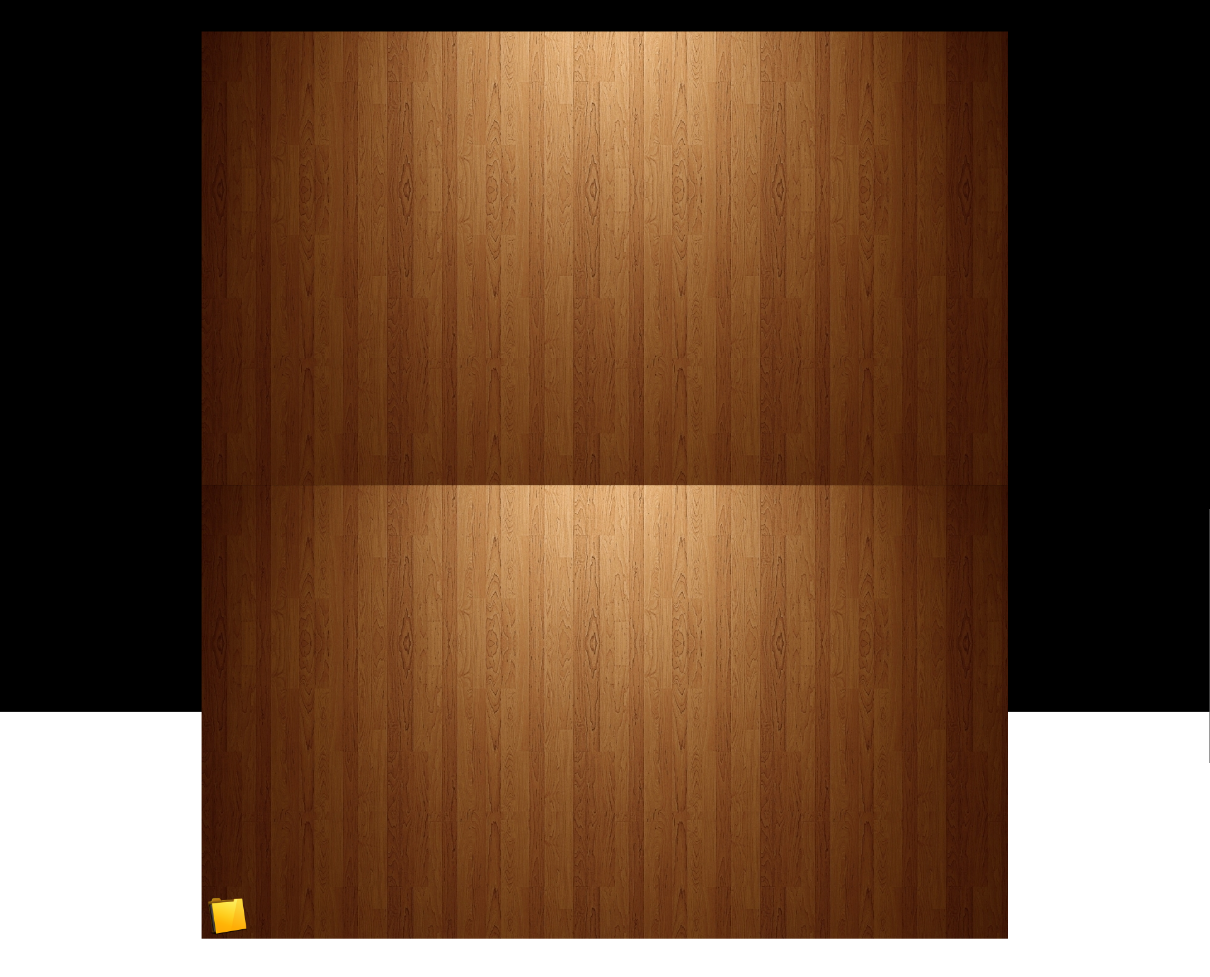
Repository: pe22dw/1dv403-laborationer
Page: 5-pwd/index.html
The author's editor kept a record of every edit. The page is drawn from the files as they stood at one moment, then again after the next edit.
The browser window is 1280 px wide. The page is 1920 px wide, so the pictures cover 1920 px, including what lies to the right of the window. The pictures show the whole page, at 63% of full size.

Above is the page before.

### 5-pwd/index.html
<!DOCTYPE html>
<html lang="sv">
    <head>
    	<meta charset="UTF-8" />
     	<title>Laboration 5 - Projekt</title>
     	<link rel="stylesheet" href="css/style.css" />
    </head>

    <body>

        <div id="container">

            <div id="desktop">


            </div>

        </div>

        <script src="script/desktop.js"></script>

    </body>
</html>

### 5-pwd/css/style.css
/**
 * Eric Meyer's Reset CSS v2.0 (http://meyerweb.com/eric/tools/css/reset/)
 * http://cssreset.com
 */
html, body, div, span, applet, object, iframe,
h1, h2, h3, h4, h5, h6, p, blockquote, pre,
a, abbr, acronym, address, big, cite, code,
del, dfn, em, img, ins, kbd, q, s, samp,
small, strike, strong, sub, sup, tt, var,
b, u, i, center,
dl, dt, dd, ol, ul, li,
fieldset, form, label, legend,
table, caption, tbody, tfoot, thead, tr, th, td,
article, aside, canvas, details, embed,
figure, figcaption, footer, header, hgroup,
menu, nav, output, ruby, section, summary,
time, mark, audio, video {
	margin: 0;
	padding: 0;
	border: 0;
	font-size: 100%;
	font: inherit;
	vertical-align: baseline;
}
/* HTML5 display-role reset for older browsers */
article, aside, details, figcaption, figure,
footer, header, hgroup, menu, nav, section {
	display: block;
}
body {
	line-height: 1;
}
ol, ul {
	list-style: none;
}
blockquote, q {
	quotes: none;
}
blockquote:before, blockquote:after,
q:before, q:after {
	content: '';
	content: none;
}
table {
	border-collapse: collapse;
	border-spacing: 0;
}






#container{
    width: 1920px;
    height: 1080px;
    background-color: black;
    padding-top: 50px;
}

#button{
    width: 128px;
    height: 128px;
    background-image: url(../pics/folderclosed.png);
    background-size: 50%;
    margin-top: 623px;
    margin-left: 10px;
    background-repeat: no-repeat;
}

#buttonclicked{
    width: 128px;
    height: 128px;
    background-image: url(../pics/folderopen.png);
    background-size: 50%;
    margin-top: 623px;
    margin-left: 10px;
    background-repeat: no-repeat;
}

#desktop{
    width: 1280px;
    height: 690px;
    background-image: url(../pics/desktopwood.jpg);
    margin: 0 auto;
    padding-top: 30px;
}

#window{
    width: 400px;
    height: 440px;
    background-color: white;
    position: absolute;
    top: 140px;
    left: 450px;
    border-style: solid;
    border-color: black;
    border-width: 2px;
    overflow: auto;
}

#windowtop{
    width: 400px;
    height: 40px;
    background-color: black;
    position: absolute;
    top: 100px;
    left: 450px;
    border-style: solid;
    border-color: black;
    border-width: 2px;
}

#windowtop p{
    font-family: Verdana;
    font-size: 14px;
    color: white;
    margin-left: 10px;
    margin-top: 12px;
    float: left;
}

#windowbottom{
    width: 400px;
    height: 20px;
    background-color: black;
    position: absolute;
    top: 582px;
    left: 450px;
    border-style: solid;
    border-color: black;
    border-width: 2px;
}

#headerlogo{
    width: 8%;
    float: left;
    margin-top: 4px;
    margin-left: 5px;
}

#exitlogo{
    width: 5%;
    float: left;
    margin-left: 231px;
    margin-top: 9px;
}

#closewindow{
    display: none;
}

#imagediv{
    background-color: silver;
    margin-left: 10px;
    margin-top: 10px;
    float: left;
    padding: 3px 3px;
    text-align: center;
}

#active{
    width: 14px;
    margin-top: 3px;
    margin-left: 10px;
}

#inactive{
    display: none;
}

a:link{
    display: block;
}
a:visited{
    display: block;
}
a:focus{
    box-shadow: 3px 3px 10px black;
}
a:hover{
    box-shadow: 3px 3px 10px black;
}
a:active{
    box-shadow: 0px 0px 0px black;
}

### 5-pwd/script/desktop.js
"use strict";

var Desktop = {

    clickCounter: 0,
    imageDivWidth: 0,
    imageDivHeight: 0,
    imageId: 0,
    background: [],

    init: function() {

      Desktop.createDesktop();
    },

    createDesktop: function() {

      var myContainer = document.getElementById("container");

      var myDesktop = document.createElement("div");
      myDesktop.setAttribute("id", "desktop");
      myDesktop.style.background = "url('pics/desktopwood.jpg')";

      var myButton = document.createElement("div");
      myButton.setAttribute("id", "button");

      myDesktop.appendChild(myButton);

      myContainer.appendChild(myDesktop);

      myButton.addEventListener("click", function() {

        myButton.setAttribute("id", "buttonclicked");
        Desktop.openWindow(myDesktop)}, false);
    },

    openWindow: function(myDesktop) {

      Desktop.clickCounter += 1;

      if(Desktop.clickCounter === 1)
      {
        var myWindow = document.createElement("div");
        myWindow.setAttribute("id", "window");

        var myWindowTop = document.createElement("div");
        myWindowTop.setAttribute("id", "windowtop");

        var headerLogo = document.createElement("img");
        headerLogo.setAttribute("src", "pics/cameraicon.png");
        headerLogo.setAttribute("id", "headerlogo");

        var headerText = document.createElement("p");
        headerText.innerHTML = "Image Viewer";

        var exitLogo = document.createElement("img");
        exitLogo.setAttribute("src", "pics/closewindow.png");
        exitLogo.setAttribute("id", "exitlogo");

        var myWindowBottom = document.createElement("div");
        myWindowBottom.setAttribute("id", "windowbottom");

        myWindowTop.appendChild(headerLogo);
        myWindowTop.appendChild(headerText);
        myWindowTop.appendChild(exitLogo);

        myDesktop.appendChild(myWindowTop);
        myDesktop.appendChild(myWindowBottom);

        myDesktop.appendChild(myWindow);

        Desktop.getImages();

        exitLogo.addEventListener("click", function() {

          Desktop.closeWindow()}, false);
      }
      else
      {
        Desktop.closeWindow();
      }
    },

    closeWindow: function() {

      document.getElementById("buttonclicked").setAttribute("id", "button");
      document.getElementById("window").setAttribute("id", "closewindow");
      document.getElementById("windowtop").setAttribute("id", "closewindow");
      document.getElementById("windowbottom").setAttribute("id", "closewindow");

      Desktop.clickCounter = 0;
      Desktop.imageId = 0;
    },

    getImages: function() {

      var xhr = new XMLHttpRequest();

        var loading = document.createElement("img");
        loading.setAttribute("src", "pics/loader.gif");
        loading.setAttribute("id", "active");

        document.getElementById("windowbottom").appendChild(loading);

        xhr.onreadystatechange = function() {

            if (xhr.readyState === 4)
            {
                if (xhr.status === 200)
                {
                    loading.setAttribute("id", "inactive");

                    var responseText = JSON.parse(xhr.responseText);

                    Desktop.findLargestImage(responseText);

                    Desktop.createImageCollection(responseText);

                    Desktop.changeBackground();
                }
                else
                {
                    loading.setAttribute("id", "inactive");
                    alert("Läsfel, status:"+xhr.status);
                }
            }
        };

        xhr.open("GET", "http://homepage.lnu.se/staff/tstjo/labbyServer/imgviewer/", true);
        xhr.send(null);
    },

    changeBackground: function() {




      var newDesktop = document.getElementById("desktop");
      newDesktop.style.background = "url(' + Desktop.background[] + ')";
    },

    findLargestImage: function(responseText) {

      for (var j = 0; j < responseText.length; j += 1)
      {
        var width = responseText[j].thumbWidth;
        var height= responseText[j].thumbHeight;

        if (Desktop.imageDivWidth < width)
        {
          Desktop.imageDivWidth = width;
        }
        if (Desktop.imageDivHeight < height)
        {
          Desktop.imageDivHeight = height;
        }
      }
    },

    createImageCollection: function(responseText) {

      for (var i = 0; i < responseText.length; i += 1)
      {
        var imageDiv = document.createElement("div");
        imageDiv.setAttribute("id", "imagediv");
        imageDiv.style.width = Desktop.imageDivWidth + "px";
        imageDiv.style.height = Desktop.imageDivHeight + "px";

        var a = document.createElement("a");
        a.setAttribute("href", "#");

        Desktop.imageId += 1;

        var img = document.createElement("img");
        img.setAttribute("src", responseText[i].thumbURL);
        img.setAttribute("id", Desktop.imageId);

        a.appendChild(img);
        imageDiv.appendChild(a);
        document.getElementById("window").appendChild(imageDiv);

        Desktop.background.push(responseText[i].URL);
      }
    },
};

window.onload = Desktop.init;

After the next edit:
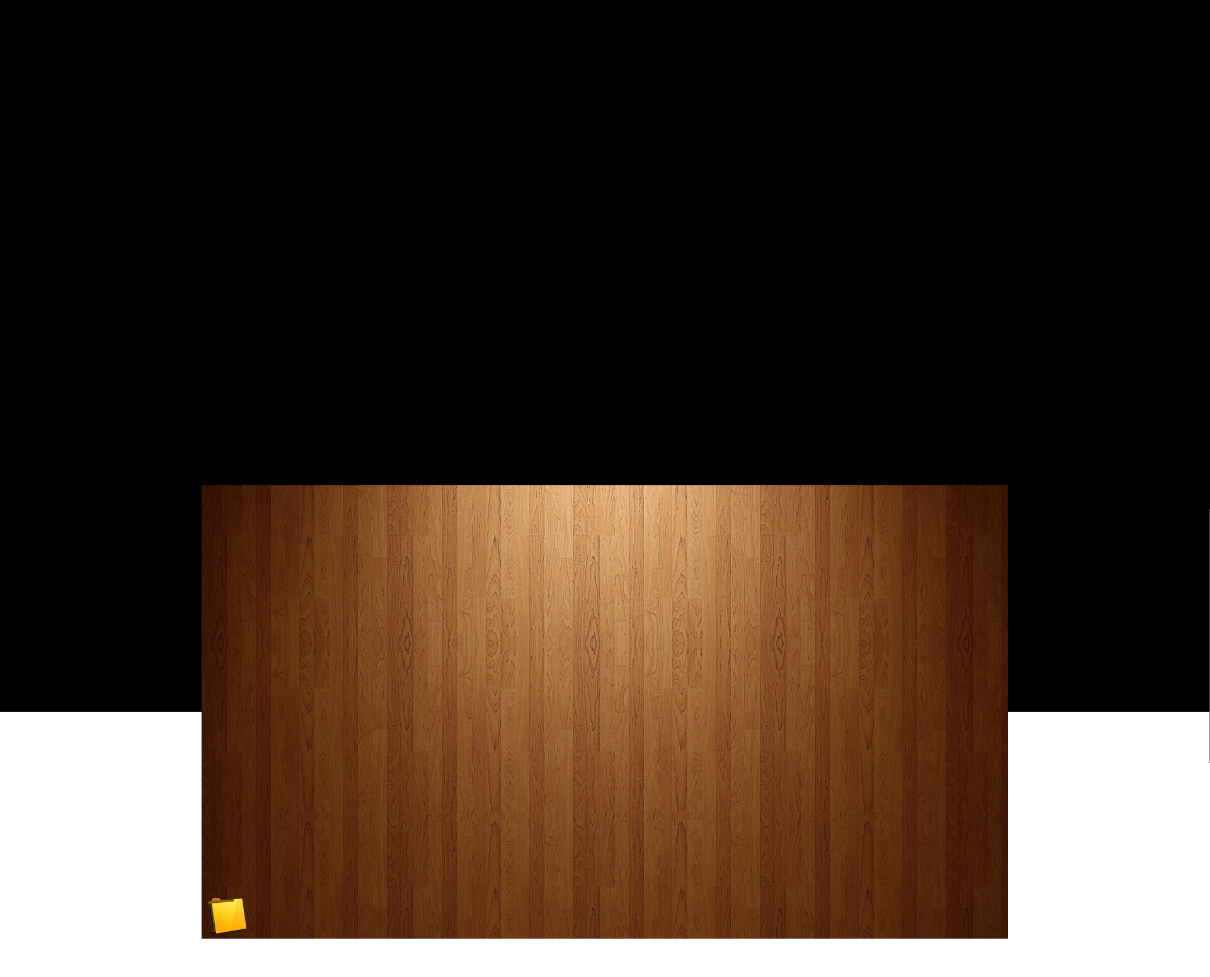
The edit:
--- a/5-pwd/css/style.css
+++ b/5-pwd/css/style.css
@@ -81,7 +81,6 @@
 #desktop{
     width: 1280px;
     height: 690px;
-    background-image: url(../pics/desktopwood.jpg);
     margin: 0 auto;
     padding-top: 30px;
 }
